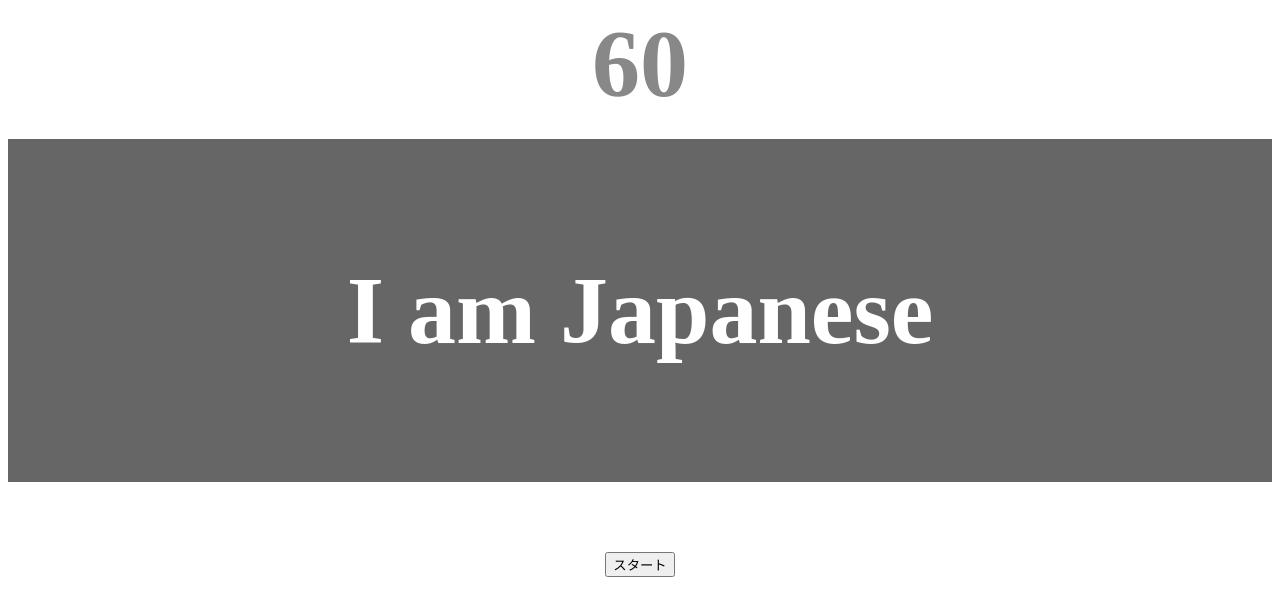
Repository: Inoue0319/Samurai_JS
Page: index.html
The author's editor kept a record of every edit. The page is drawn from the files as they stood at one moment, then again after the next edit.
The browser window is 1280 px wide. The pictures show the whole page.

Above is the page before.

After the next edit:
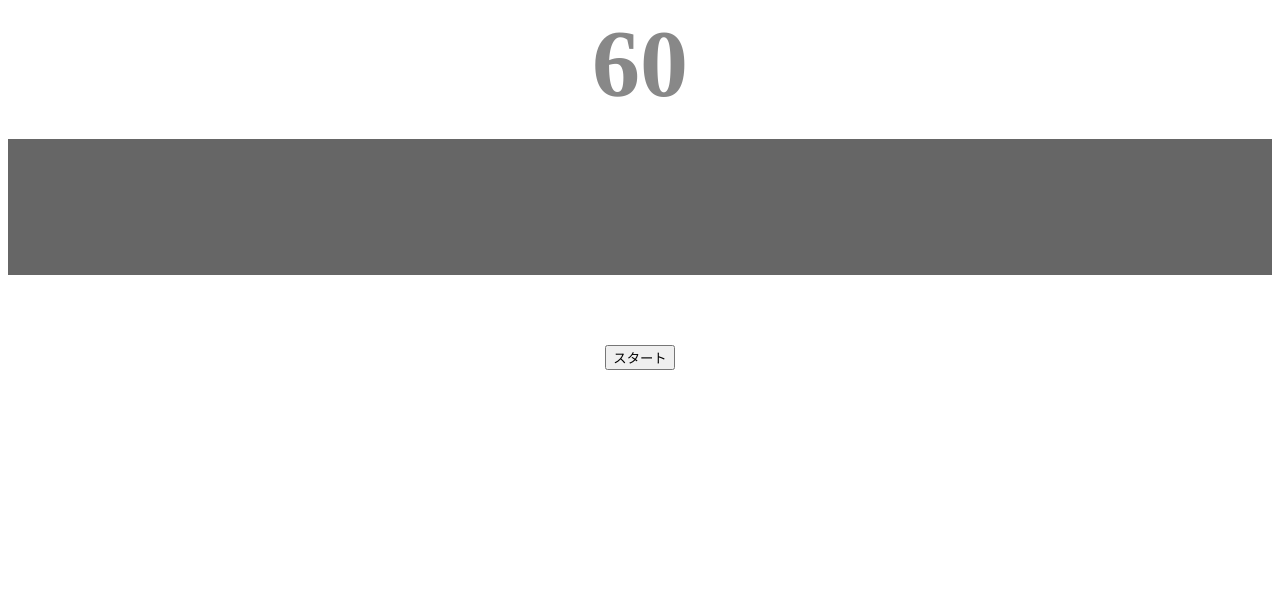
Console error: SyntaxError: Unexpected token '}'
The edit:
--- a/index.html
+++ b/index.html
@@ -98,7 +98,11 @@
         };
 
         const rankCheck = score => {
-          return `${score}文字打てました`;
+          let text = '';
+
+          if(score > 100) {
+            text = `あなたのランクはCです。\nBランクまであと${100 - score}文字です。`;
+          }else if(score )
 
         };
 

After the 2 edits that followed:
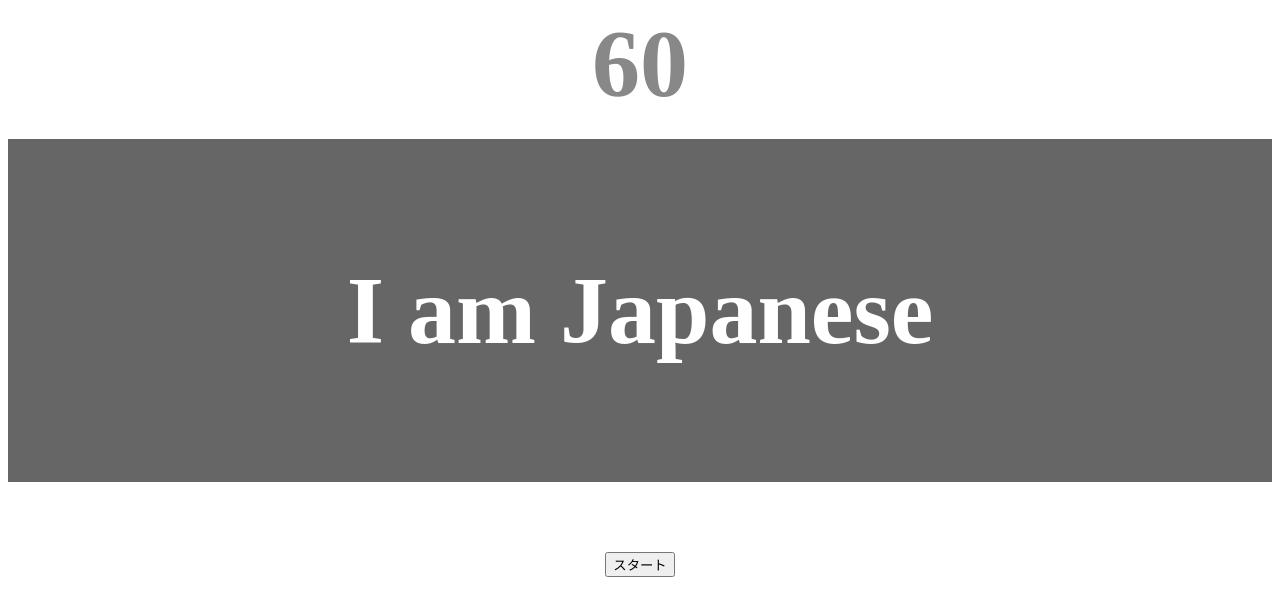
The error is gone.
The 2 edits are shown as one change because 1 left the picture as it was.
The edit:
--- a/index.html
+++ b/index.html
@@ -100,10 +100,16 @@
         const rankCheck = score => {
           let text = '';
 
-          if(score > 100) {
+          if(score < 100) {
             text = `あなたのランクはCです。\nBランクまであと${100 - score}文字です。`;
-          }else if(score )
-
+          }else if(score < 200) {
+            text = `あなたのランクはBです。\nAランクまであと${200 - score}文字です。`;
+          }else if(score < 300) {
+            text = `あなたのランクはAです。\nSランクまであと${300 - score}文字です。`;
+          }else if(score >= 300) {
+            text = `あなたのランクはSです。\nおめでとうございます！`;
+          }
+          return `${score}文字打てました！\n${text}\n【OK】リトライ／【キャンセル】終了`;
         };
 
         const gameOver = id => {
